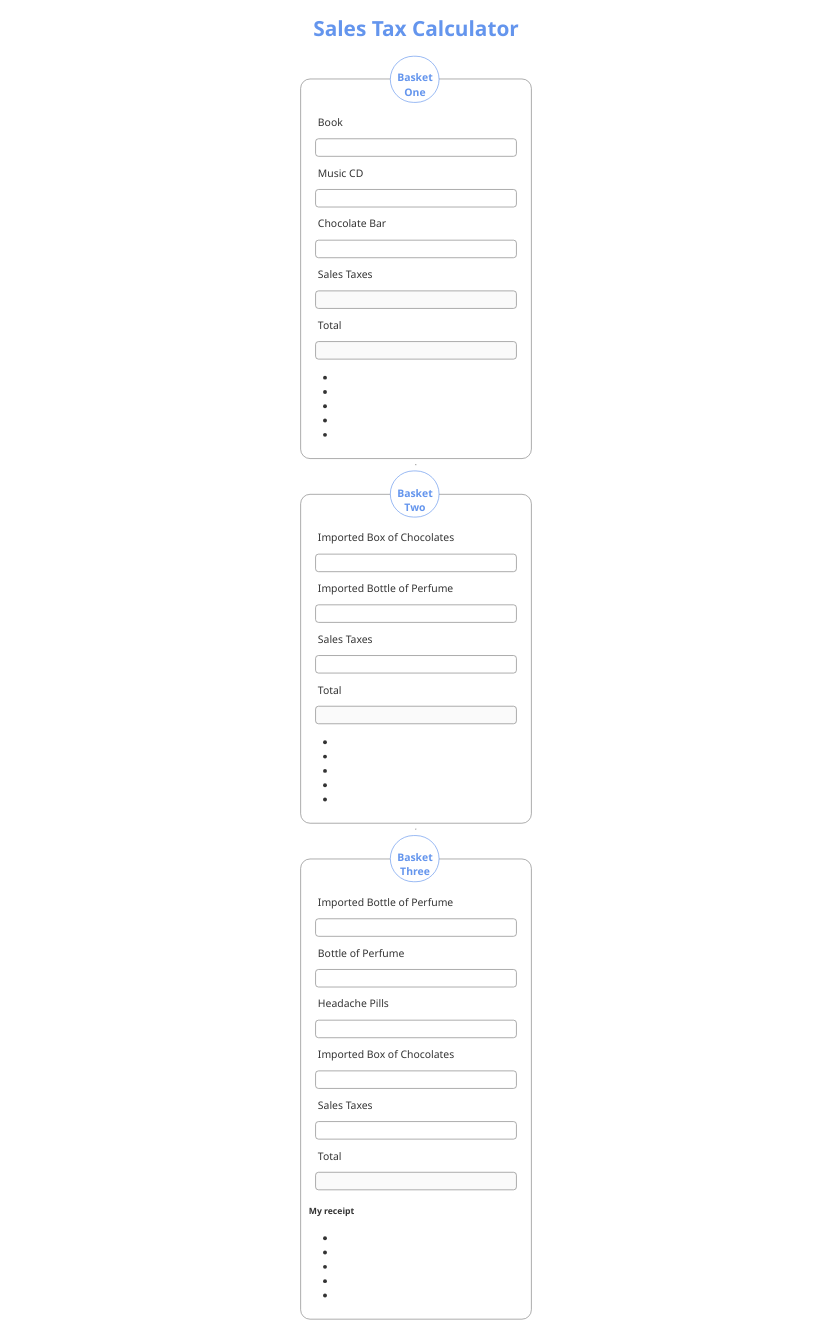
Repository: duzzisantos/sales-tax
Page: index.html
The author's editor kept a copy of each file at every save. The page is drawn from the files as they stood at one save, then again after the next save.
The browser window is 1280 px wide. The pictures show the whole page, at 65% of full size.

Above is the page before, as saved 2022-05-25 21:48:12.

### index.html
<!DOCTYPE html>
<html lang="en">

<head>
    <meta charset="UTF-8">
    <meta http-equiv="X-UA-Compatible" content="IE=edge">
    <meta name="viewport" content="width=device-width, initial-scale=1.0">
    <link href="style.css" rel="stylesheet">
    <title>Sales Tax Calculator</title>
</head>

<body>
    <h1>Sales Tax Calculator</h1>
    <section id="container">
        <fieldset>
            <legend>
                <h4>Basket One</h4>
            </legend>
            <label for="book">Book</label>
            <input id="book" type="number" name="book" onchange="basketOne()" />
            <label for="musicCD">Music CD</label>
            <input id="musicCD" type="number" name="musicCD" onchange="basketOne()" />
            <label for="chocolateBar">Chocolate Bar</label>
            <input id="chocolateBar" type="number" name="chocolateBar" onchange="basketOne()" />
            <label for="sales-taxes">Sales Taxes</label>
            <input id="sales-taxes" type="number" name="sales-taxes" onchange="basketOne()" disabled />
            <label for="total">Total</label>
            <input id="total" type="number" name="total" onchange="basketOne()" disabled />
            <ul class="listOne">
                <li></li>
                <li></li>
                <li></li>
                <li></li>
                <li></li>
            </ul>
        </fieldset>
        <hr>

        <fieldset>
            <legend>
                <h4>Basket Two</h4>
            </legend>
            <label for="imported-box-chocolate">Imported Box of Chocolates</label>
            <input id="imported-box-chocolate" type="number" name="imported-box-chocolate" onchange="basketTwo()" />
            <label for="imported-perfume">Imported Bottle of Perfume</label>
            <input id="imported-perfume" type="number" name="imported-perfume" onchange="basketTwo()" />

            <label for="sales-taxes2">Sales Taxes</label>
            <input id="sales-taxes2" type="number" name="sales-taxes2" onchange="basketTwo()" />
            <label for="total">Total</label>
            <input disabled id="total2" type="number" name="total2" onchange="basketTwo()" />
            <ul class="listOne">
                <li></li>
                <li></li>
                <li></li>
                <li></li>
                <li></li>
            </ul>
        </fieldset>
        <hr>

        <fieldset>
            <legend>
                <h4>Basket Three</h4>
            </legend>
            <label for="imported-perfume2">Imported Bottle of Perfume</label>
            <input id="imported-perfume2" type="number" name="imported-perfume2" onchange="basketThree()" />
            <label for="bottle-perfume">Bottle of Perfume</label>
            <input id="bottle-perfume" type="number" name="bottle-perfume" onchange="basketThree()" />
            <label for="pills">Headache Pills</label>
            <input id="pills" type="number" name="pills" onchange="basketThree()" />
            <label for="imported-box-chocolate2">Imported Box of Chocolates</label>
            <input id="imported-box-chocolate2" type="number" name="imported-box-chocolate2" onchange="basketThree()" />
            <label for=" sales-taxes3">Sales Taxes</label>
            <input id="sales-taxes3" type="number" name="sales-taxes3" onchange="basketThree()" />
            <label for="total3">Total</label>
            <input disabled id="total3" type="number" name="total3" onchange="basketThree()" />

            <h5>My receipt</h5>
            <ul class="listOne">
                <li></li>
                <li></li>
                <li></li>
                <li></li>
                <li></li>
            </ul>
        </fieldset>
    </section>
</body>
<script src="first.js"></script>
<script src="second.js"></script>
<script src="third.js"></script>
<script src="index.js"></script>

</html>

### style.css
*{
    color: rgb(0,0,0,0.8);
    font-family: 'Segoe UI', Tahoma, Geneva, Verdana, sans-serif;
}

#container{
    display: flex;
    flex-direction: column;
    align-items: center;
    justify-content: center;
    bottom: 0;
}

fieldset{
    height: fit-content;
    width: 20%;
    border: 1px solid grey;
    border-radius: 15px;
}

legend{
    height: 70px;
    width: 70px;
    border: 1px solid cornflowerblue;
    border-radius: 50px;
    margin-left: 38%;
}

legend h4, h1{
    text-align: center;
    color: cornflowerblue;
}
label, input{
    display: block;
    margin: 10px;
    padding: 4px;
}

input{
    width: 300px;
    border-radius: 5px;
    border: 1px solid grey;
}

### first.js
//Variables for tax rate
let taxFree = 0;
let basicTax = 10;
let importDuty = 5;

//imported basic taxable items attract an extra non-negotiable tax rate of 5%, therefore 10% + 5% = 15%
let basicPlusImportDuty = basicTax + importDuty;

//An app that computes the first basket of goods
const basketOne = () => {
  let book = document.getElementById("book").value;
  let musicCD = document.getElementById("musicCD").value;
  let chocolateBar = document.getElementById("chocolateBar").value;

  // The plus sign is used in front of every variable to indicate to JavaScript that they are numerical values
  // Without this, they would become concatenated strings

  //these are the sums of the items and their taxes
  let bookPlusTax = +taxFree * +book + +book;
  let musicCDPlusTax = (basicTax * +musicCD) / 100 + +musicCD;
  let chocolateBarPlusTax = +taxFree * +chocolateBar + +chocolateBar;

  //this computes the total price paid by the customer
  let netPayment = +bookPlusTax + +musicCDPlusTax + +chocolateBarPlusTax;
  document.getElementById("total").value = netPayment.toFixed(2);

  //this computes the total sales tax generated
  let totalTaxes =
    bookPlusTax -
    book +
    (musicCDPlusTax - musicCD) +
    (chocolateBarPlusTax - chocolateBar);

  //Math.ceil and toFixed method helps us round up to the nearest 0.05
  document.getElementById("sales-taxes").value = (
    Math.ceil(totalTaxes * 20) / 20
  ).toFixed(2);
};

### second.js
//Variables for tax rate
let basicTax2 = 10;
let importDuty2 = 5;

//imported basic taxable items attract an extra non-negotiable tax rate of 5%, therefore 10% + 5% = 15%
let basicPlusImportDuty2 = basicTax2 + importDuty2;

//An app that computes the second basket of goods
const basketTwo = () => {
  let importedChocolate = document.getElementById(
    "imported-box-chocolate"
  ).value;
  let importedPerfume2 = document.getElementById("imported-perfume").value;

  // The plus sign is used in front of every variable to indicate to JavaScript that they are numerical values
  // Without this, they would become concatenated strings

  //these are the sums of the imported items and their taxes
  let importedChocolatePlusTax =
    (importDuty2 * +importedChocolate) / 100 + +importedChocolate;
  let importedPerfume2PlusTax =
    (basicPlusImportDuty2 * +importedPerfume2) / 100 + +importedPerfume2;

  //Math.ceil and toFixed method helps us round up to the nearest 0.05
  //this computes the total price paid by the customer
  let netPayment = +importedChocolatePlusTax + +importedPerfume2PlusTax;
  document.getElementById("total2").value = (
    Math.ceil(netPayment * 20) / 20
  ).toFixed(2);

  //this computes the total sales tax generated
  let totalTaxes =
    (importDuty2 * +importedChocolate) / 100 +
    (basicPlusImportDuty2 * +importedPerfume2) / 100;
  document.getElementById("sales-taxes2").value = (
    Math.ceil(totalTaxes * 20) / 20
  ).toFixed(2);
};

### third.js
//Variables for tax rate
let taxFree3 = 0;
let basicTax3 = 10;
let importDuty3 = 5;
let basicPlusImportDuty3 = basicTax3 + importDuty3;


//App that computes the third basket of goods
const basketThree = () => {
    let importedPerfume2 = document.getElementById("imported-perfume2").value;
    let bottlePerfume = document.getElementById("bottle-perfume").value;
    let pills = document.getElementById("pills").value;
    let importedChocolate2 = document.getElementById("imported-box-chocolate2").value;


    //    // The plus sign is used in front of every variable to indicate to JavaScript that they are numerical values
     // Without this, they would become concatenated strings

    //these are the sums of the imported items and their taxes
    let importedPerfume2PlusTax = (basicPlusImportDuty3 * +importedPerfume2) / 100 + +importedPerfume2;
    let bottlePerfumePlusTax =
      (basicTax3 * +bottlePerfume) / 100 + +bottlePerfume;
    let pillsPlusTax = (taxFree3 * +pills) + +pills;
    let importedChocolate2PlusTax =
      (importDuty3 * +importedChocolate2) / 100 + +importedChocolate2;

    //Math.ceil and toFixed method helps us round up to the nearest 0.05
    //This computes the prices plus their taxes
    let netPayment =
      importedPerfume2PlusTax +
      bottlePerfumePlusTax +
      pillsPlusTax +
      importedChocolate2PlusTax;
    document.getElementById("total3").value = (Math.ceil(netPayment * 20) / 20).toFixed(2);

    //this computes the total taxes generated from selling basket three
    let totalTaxes =
      importedPerfume2PlusTax -
      importedPerfume2 +
      (bottlePerfumePlusTax - bottlePerfume) +
      (pillsPlusTax - pills) +
      (importedChocolate2PlusTax - importedChocolate2);

    document.getElementById("sales-taxes3").value = (
        Math.ceil(totalTaxes * 20) / 20
      ).toFixed(2);
  };

### index.js
//This is responsible for the DOM Manipulation
//This helps the user to display a simple receipt

After the next save:
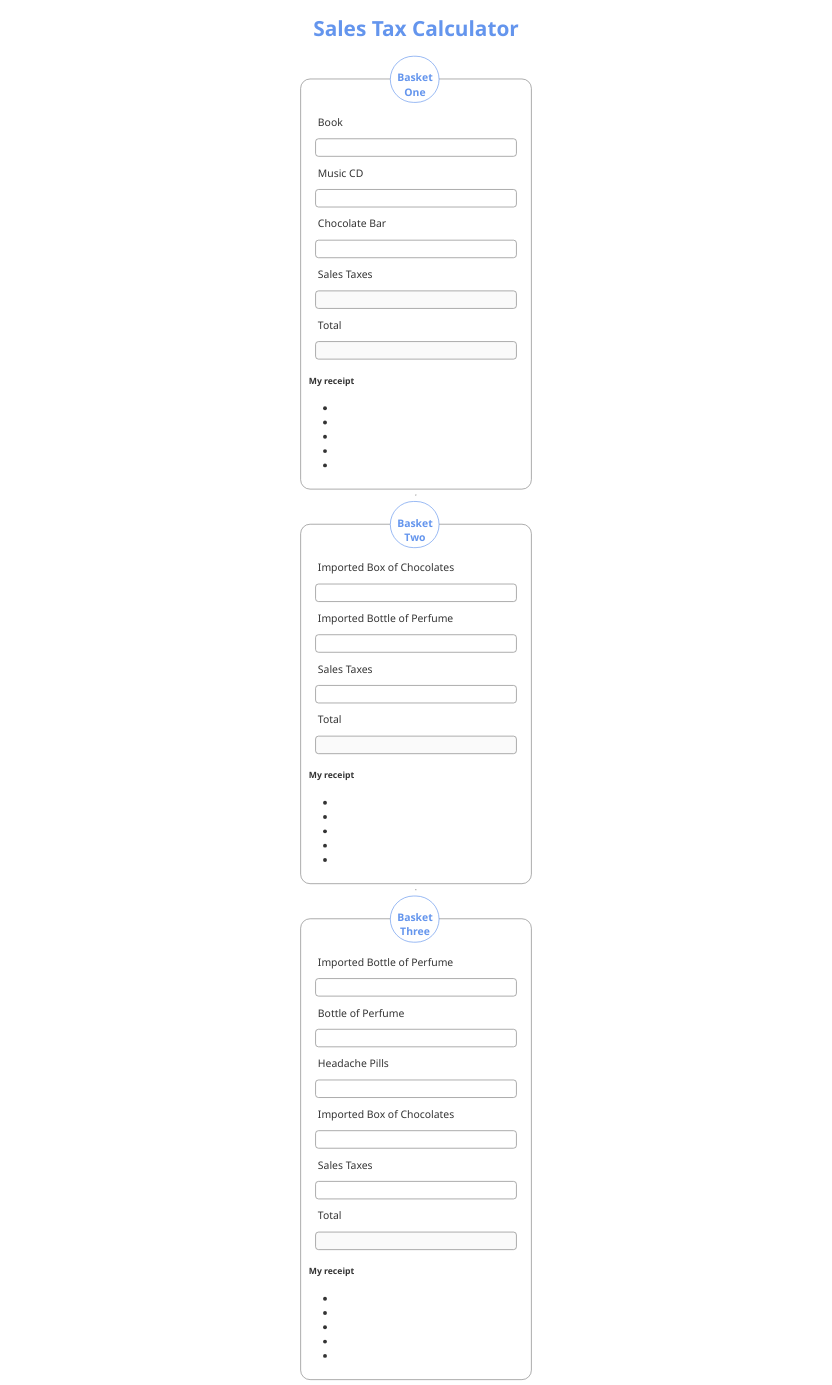
Saved 20 s later.
--- a/index.html
+++ b/index.html
@@ -26,6 +26,8 @@
             <input id="sales-taxes" type="number" name="sales-taxes" onchange="basketOne()" disabled />
             <label for="total">Total</label>
             <input id="total" type="number" name="total" onchange="basketOne()" disabled />
+
+            <h5>My receipt</h5>
             <ul class="listOne">
                 <li></li>
                 <li></li>
@@ -49,6 +51,8 @@
             <input id="sales-taxes2" type="number" name="sales-taxes2" onchange="basketTwo()" />
             <label for="total">Total</label>
             <input disabled id="total2" type="number" name="total2" onchange="basketTwo()" />
+
+            <h5>My receipt</h5>
             <ul class="listOne">
                 <li></li>
                 <li></li>
